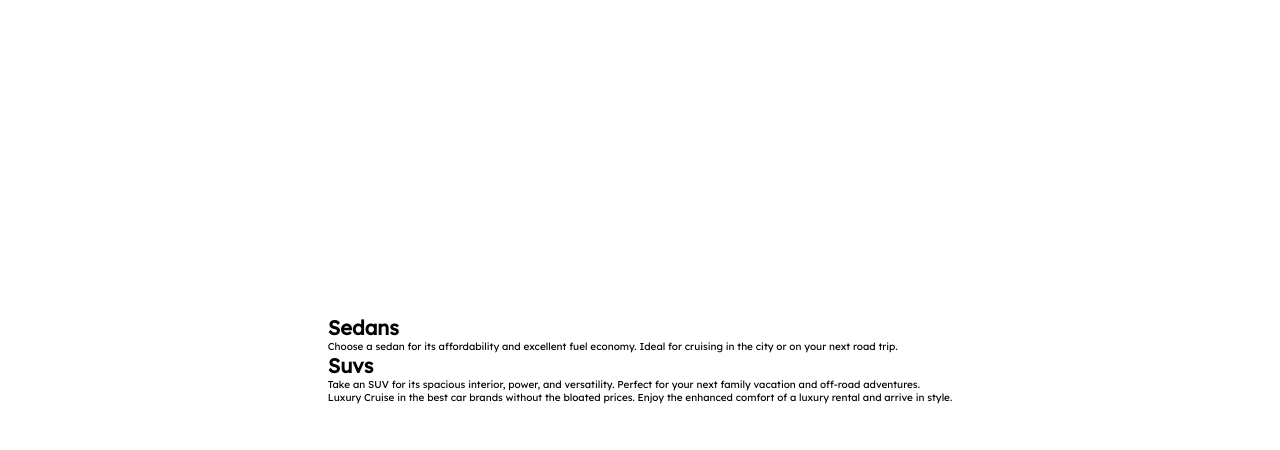
Repository: thaibaocoder1/3-column-card
Page: index.html
The author's editor kept a copy of each file at every save. The page is drawn from the files as they stood at one save, then again after the next save.
The browser window is 1280 px wide. The pictures show the whole page.

Above is the page before, as saved 2023-01-11 20:43:14.

After the next save:
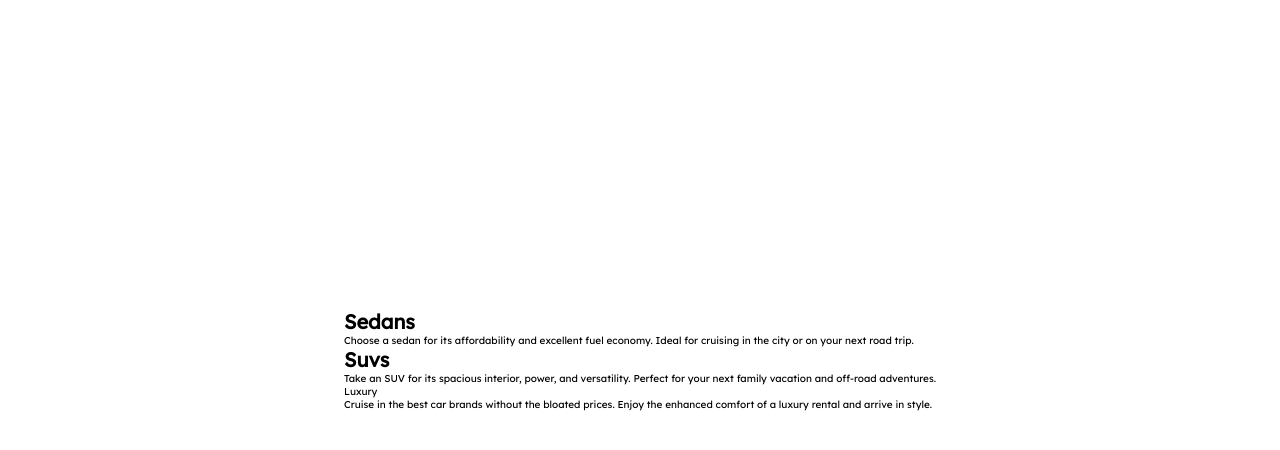
Saved 11 s later.
--- a/index.html
+++ b/index.html
@@ -26,7 +26,7 @@
     </div>
 
     <div class="container__box">
-      Luxury
+      <div class="container__box--heading">Luxury</div>
       Cruise in the best car brands without the bloated prices. Enjoy the enhanced comfort of a luxury
       rental and arrive in style.
     </div>
